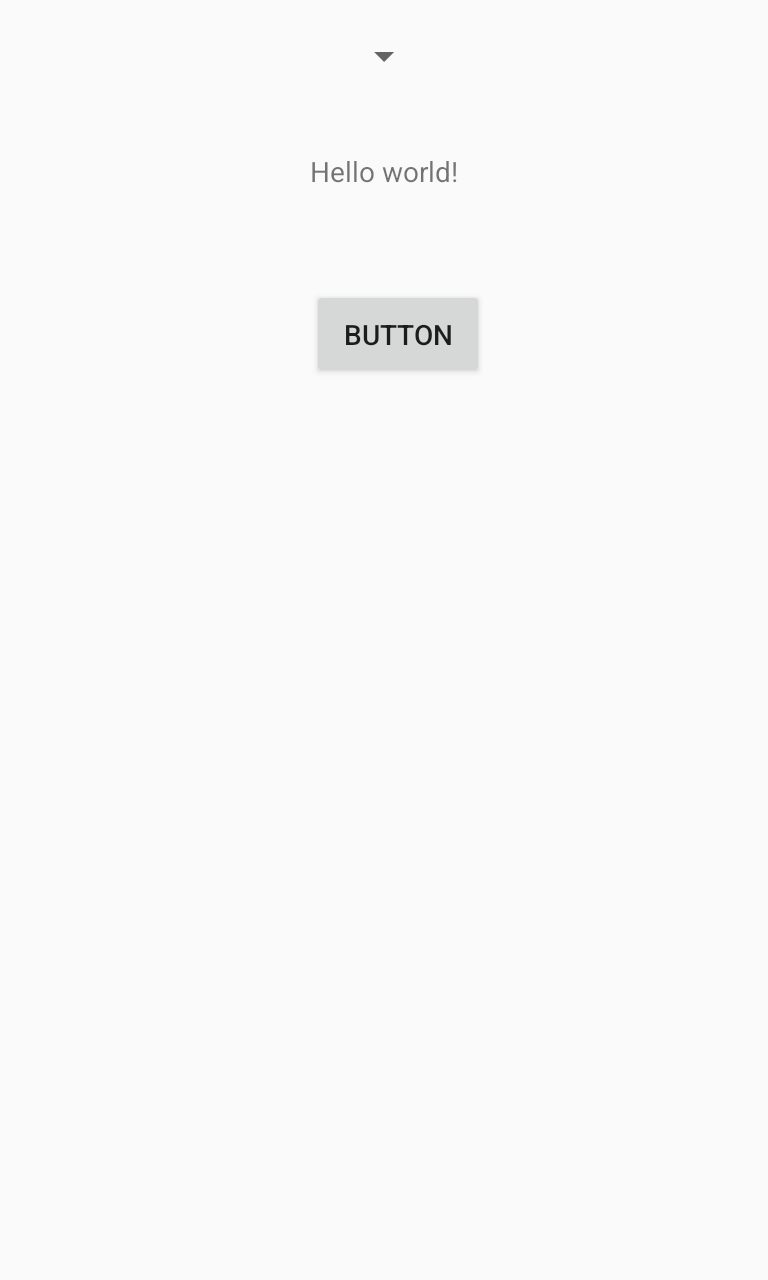
Repository: g80349/Java1
Layout: Week2/Weather/res/layout/activity_main.xml
The author's editor kept a copy of each file at every save. The layout is drawn from the files as they stood at one save, then again after the next save.
It is drawn on a 768 x 1280 px phone screen (xhdpi) without system bars, with theme AppTheme; the app's code is not run.

Above is the layout before, as saved 2014-04-09 01:51:46.

After the next save:
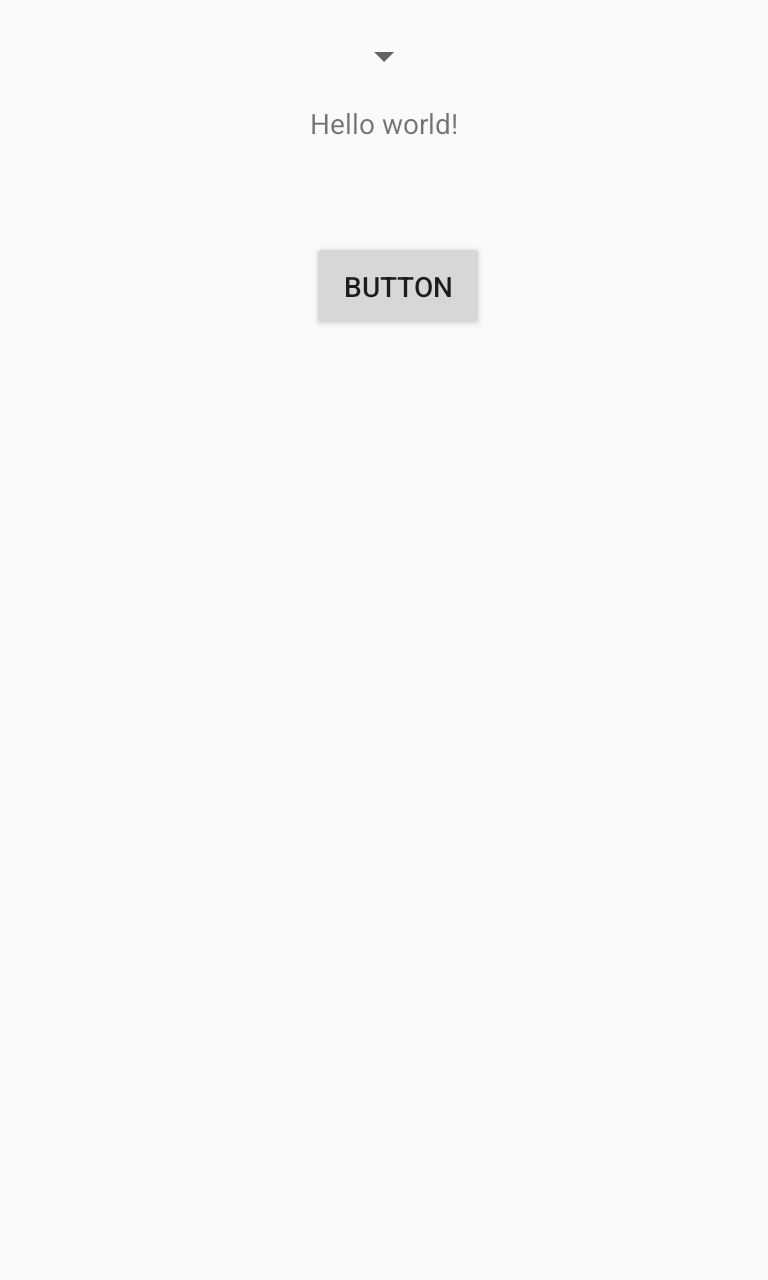
Saved 96 s later.
--- a/Week2/Weather/res/layout/activity_main.xml
+++ b/Week2/Weather/res/layout/activity_main.xml
@@ -9,7 +9,7 @@
     tools:context="com.example.weather.MainActivity$PlaceholderFragment" >
 
     <Spinner
-        android:id="@+id/spinner1"
+        android:id="@+id/location_array"
         android:layout_width="wrap_content"
         android:layout_height="wrap_content"
         android:layout_alignParentTop="true"

After the save that followed:
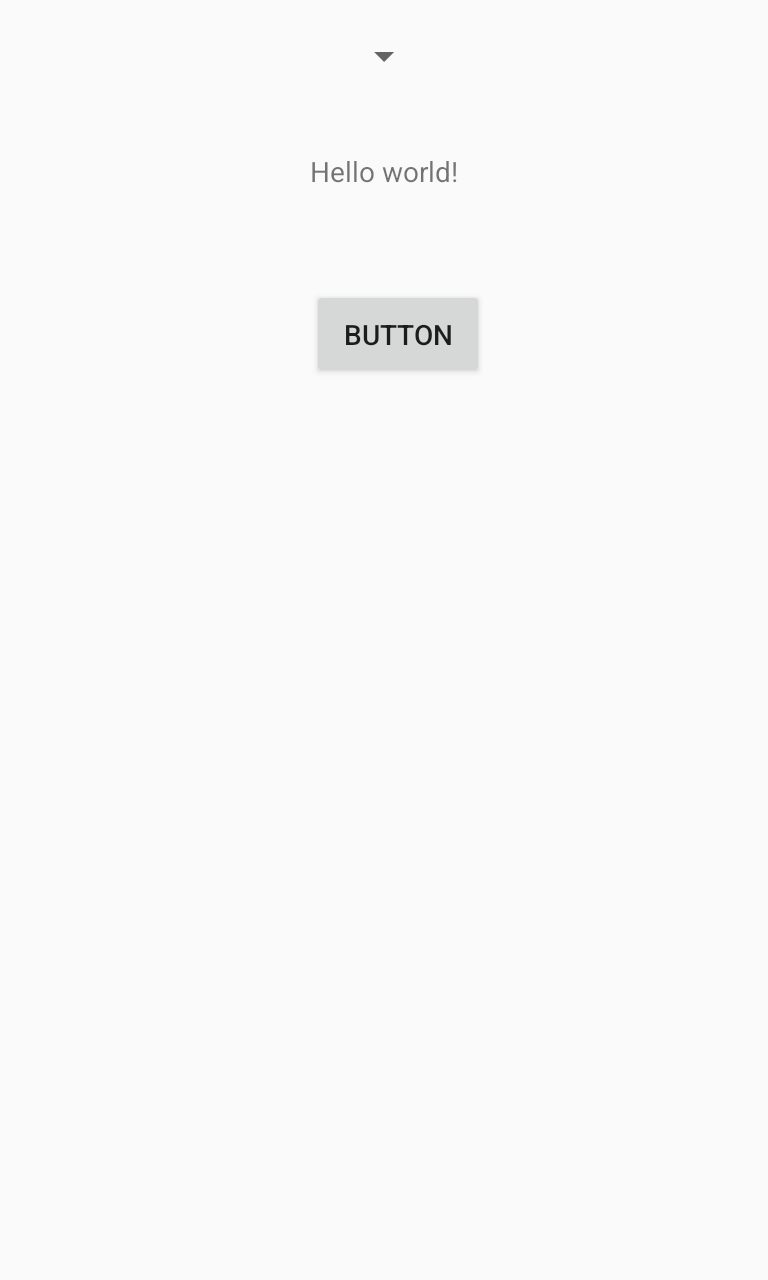
Saved 30 s later.
--- a/Week2/Weather/res/layout/activity_main.xml
+++ b/Week2/Weather/res/layout/activity_main.xml
@@ -19,7 +19,7 @@
         android:id="@+id/textView2"
         android:layout_width="wrap_content"
         android:layout_height="wrap_content"
-        android:layout_below="@+id/spinner1"
+        android:layout_below="@+id/location_array"
         android:layout_centerHorizontal="true"
         android:layout_marginTop="36dp"
         android:text="@string/hello_world" />
